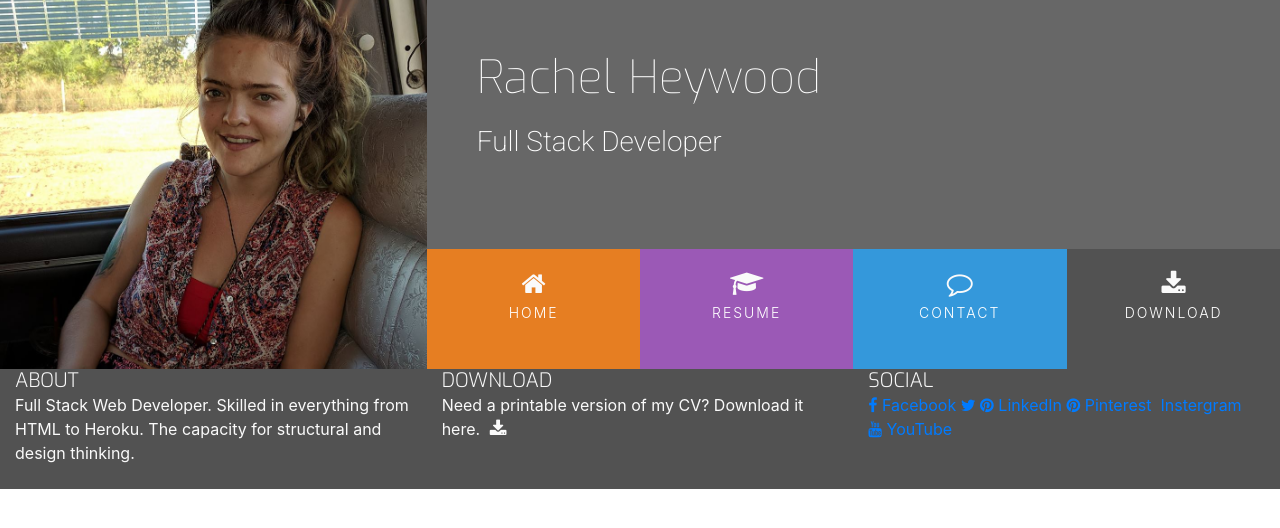
Repository: Heywood93/resume
Page: index.html
The author's editor kept a record of every edit. The page is drawn from the files as they stood at one moment, then again after the next edit.
The browser window is 1280 px wide. The pictures show the whole page.

Above is the page before.

After the next edit:
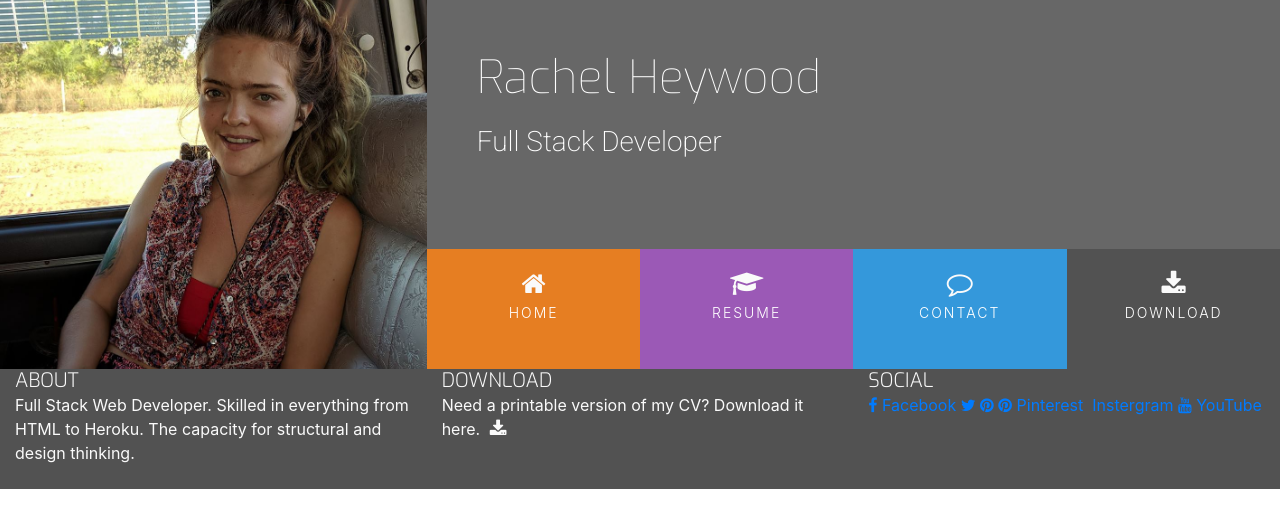
The edit:
--- a/index.html
+++ b/index.html
@@ -85,7 +85,7 @@
                     <li class="list-inline-item">
                         <a target="_blank" href="#">
                             <i class="fa fa-pinterest" aria-hidden="true"></i>
-                            <span class="sr-only"></span><span>LinkedIn</span>
+                            <span class="sr-only">LinkedIn</span>
                         </a>
                     </li>
                     <li class="list-inline-item">
